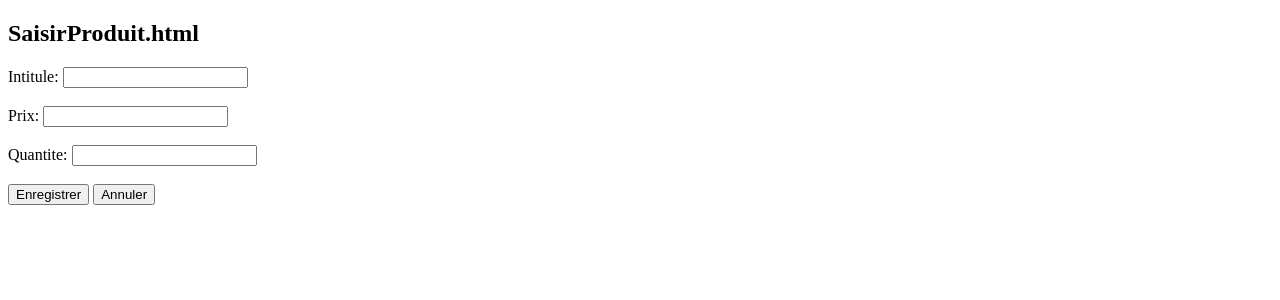
Repository: yamenaissa/j2ee
Page: DeuxiemeTP/WebContent/SaisirProduit.html
The author's editor kept a copy of each file at every save. The page is drawn from the files as they stood at one save, then again after the next save.
The browser window is 1280 px wide. The pictures show the whole page.

Above is the page before, as saved 2025-03-05 20:36:18.

### DeuxiemeTP/WebContent/SaisirProduit.html
<!DOCTYPE html PUBLIC "-//W3C//DTD HTML 4.01 Transitional//EN" "http://www.w3.org/TR/html4/loose.dtd">
<html>
<head>
<meta http-equiv="Content-Type" content="text/html; charset=ISO-8859-1">
<title>Saisir un produit</title>
</head>
<body>
	<h2>SaisirProduit.html</h2>
	<form action="Saisir" method="post">
		<label>Intitule: </label><input type="text" name="intitule"><br><br>
        <label>Prix: </label><input type="text" name="prix" ><br><br>
        <label>Quantite: </label><input type="text" name="qt"><br><br>
        <input type="submit" value="Enregistrer">
        <input type="reset" value="Annuler">
	</form>
</body>
</html>

Loaded but not shown: DeuxiemeTP/WebContent/styles.css (common file)

After the next save:
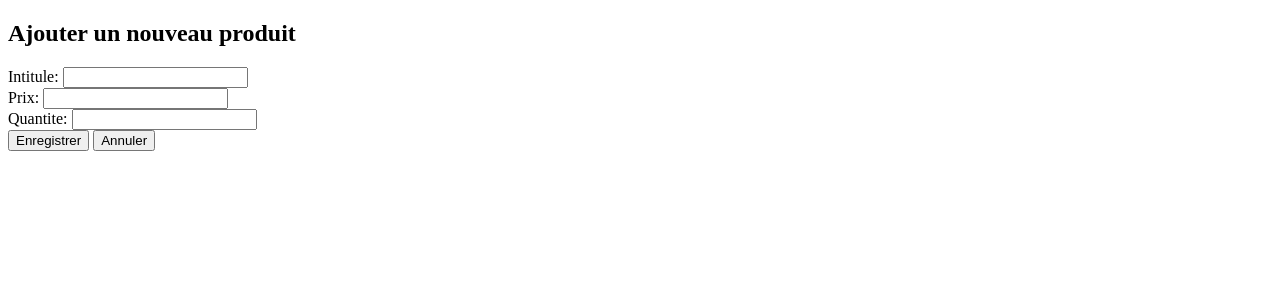
Saved 3 s later.
--- a/DeuxiemeTP/WebContent/SaisirProduit.html
+++ b/DeuxiemeTP/WebContent/SaisirProduit.html
@@ -1,17 +1,32 @@
-<!DOCTYPE html PUBLIC "-//W3C//DTD HTML 4.01 Transitional//EN" "http://www.w3.org/TR/html4/loose.dtd">
+<!DOCTYPE html PUBLIC "-//W3C//DTD HTML 4.01 Transitional//EN"
+"http://www.w3.org/TR/html4/loose.dtd">
 <html>
 <head>
-<meta http-equiv="Content-Type" content="text/html; charset=ISO-8859-1">
-<title>Saisir un produit</title>
+    <meta http-equiv="Content-Type" content="text/html; charset=ISO-8859-1">
+    <title>Saisir un produit</title>
+    <link rel="stylesheet" type="text/css" href="styles.css">
 </head>
 <body>
-	<h2>SaisirProduit.html</h2>
-	<form action="Saisir" method="post">
-		<label>Intitule: </label><input type="text" name="intitule"><br><br>
-        <label>Prix: </label><input type="text" name="prix" ><br><br>
-        <label>Quantite: </label><input type="text" name="qt"><br><br>
-        <input type="submit" value="Enregistrer">
-        <input type="reset" value="Annuler">
-	</form>
+    <div class="container">
+        <h2>Ajouter un nouveau produit</h2>
+        <form action="Saisir" method="post">
+            <div>
+                <label>Intitule: </label>
+                <input type="text" name="intitule">
+            </div>
+            <div>
+                <label>Prix: </label>
+                <input type="text" name="prix">
+            </div>
+            <div>
+                <label>Quantite: </label>
+                <input type="text" name="qt">
+            </div>
+            <div>
+                <input type="submit" value="Enregistrer">
+                <input type="reset" value="Annuler">
+            </div>
+        </form>
+    </div>
 </body>
 </html>
